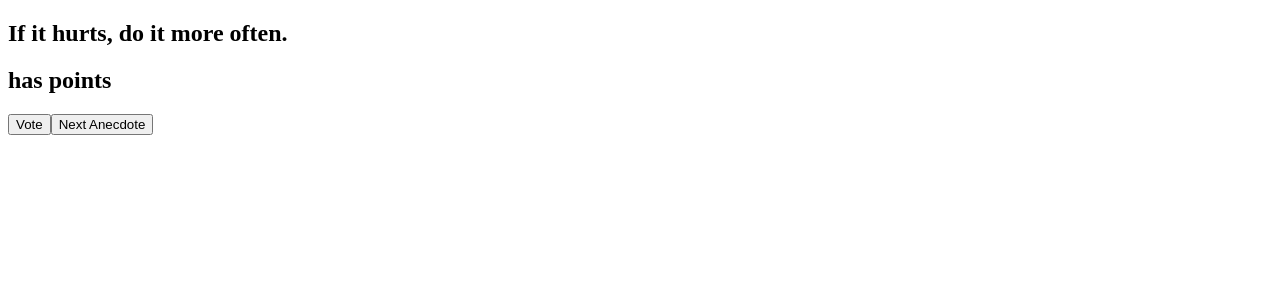
Repository: Wainhouse/Full_Stack_Open_2022
Page: / (app in part2/course_info/)
An editor plug-in stored every save of this project. The page is shown before and after the next save, followed by the edit.
The browser window is 1280 px wide. The pictures show the whole page.
The project was rebuilt for these pictures with package versions that can differ from the ones it lists, and the page was loaded fresh each time.

Above is the page before, as saved 2022-11-24 17:12:22.

After the next save:
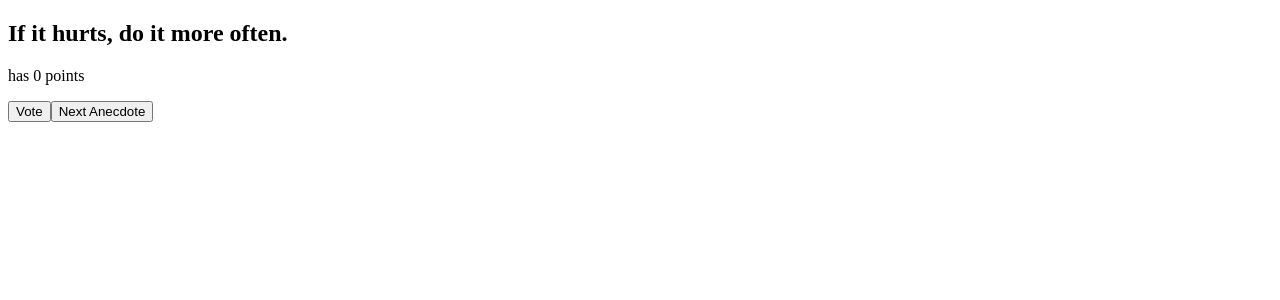
Saved 61 s later.
--- a/part2/course_info/src/App.js
+++ b/part2/course_info/src/App.js
@@ -30,7 +30,7 @@ const App = () => {
   return (
     <div>
       <h2>{anecdotes[selected]}</h2>
-      <h2>has points</h2>
+      <p>has {points[selected]} points</p>
       <button onClick={() => voteForAnecdote()}>Vote</button>
       <button onClick={() =>handleClickNext()}>Next Anecdote</button>
     </div>
